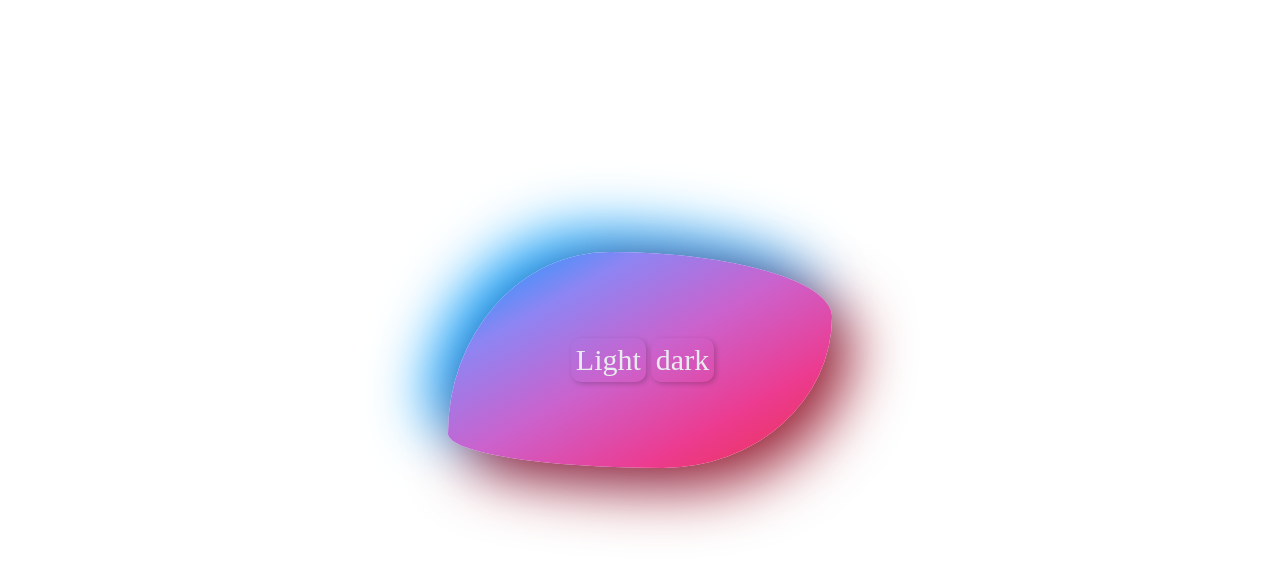
Repository: Yuukicoder/basicProject
Page: project1.html
The author's editor kept a copy of each file at every save. The page is drawn from the files as they stood at one save, then again after the next save.
The browser window is 1280 px wide. The pictures show the whole page.
Some web fonts or font styles are not loaded; a fallback is used.

Above is the page before, as saved 2023-02-24 22:48:49.

After the next save:
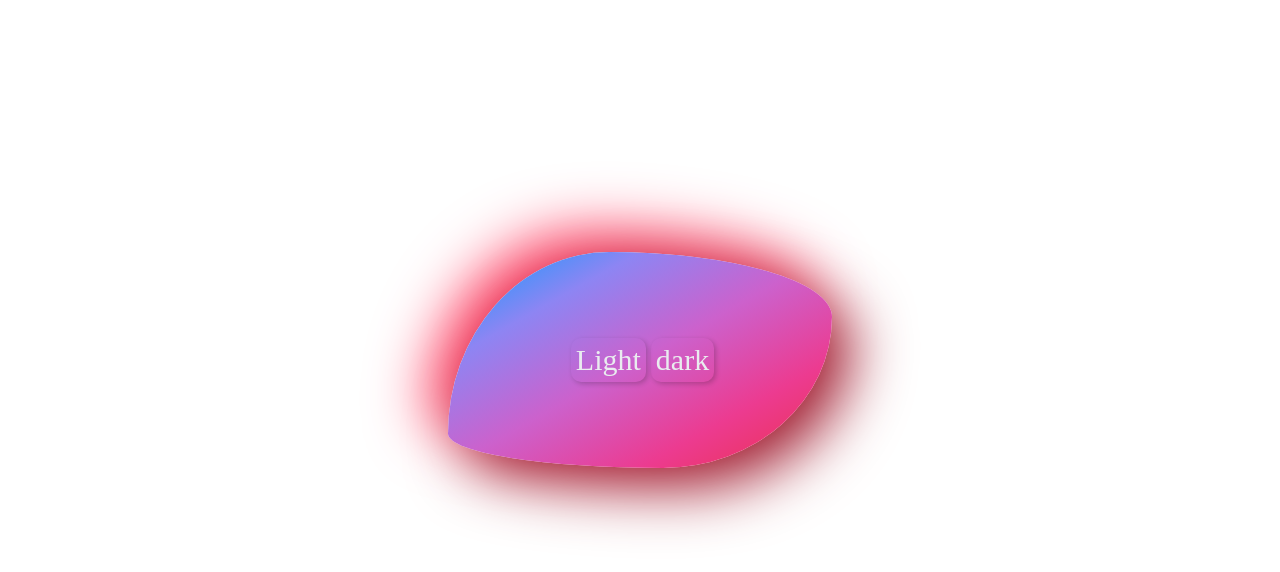
Saved 20 s later.
--- a/assets/css/project1.css
+++ b/assets/css/project1.css
@@ -34,7 +34,7 @@ body {
   justify-content: center;
   /* border-radius: 50px; */
   /* background: #ec2f4b; */
-  box-shadow: 20px 20px 60px #a02033, -20px -20px 60px #009fff;
+  box-shadow: 20px 20px 60px #a02033, -20px -20px 60px #ff3e63;
 }
 button {
   background: transparent;
